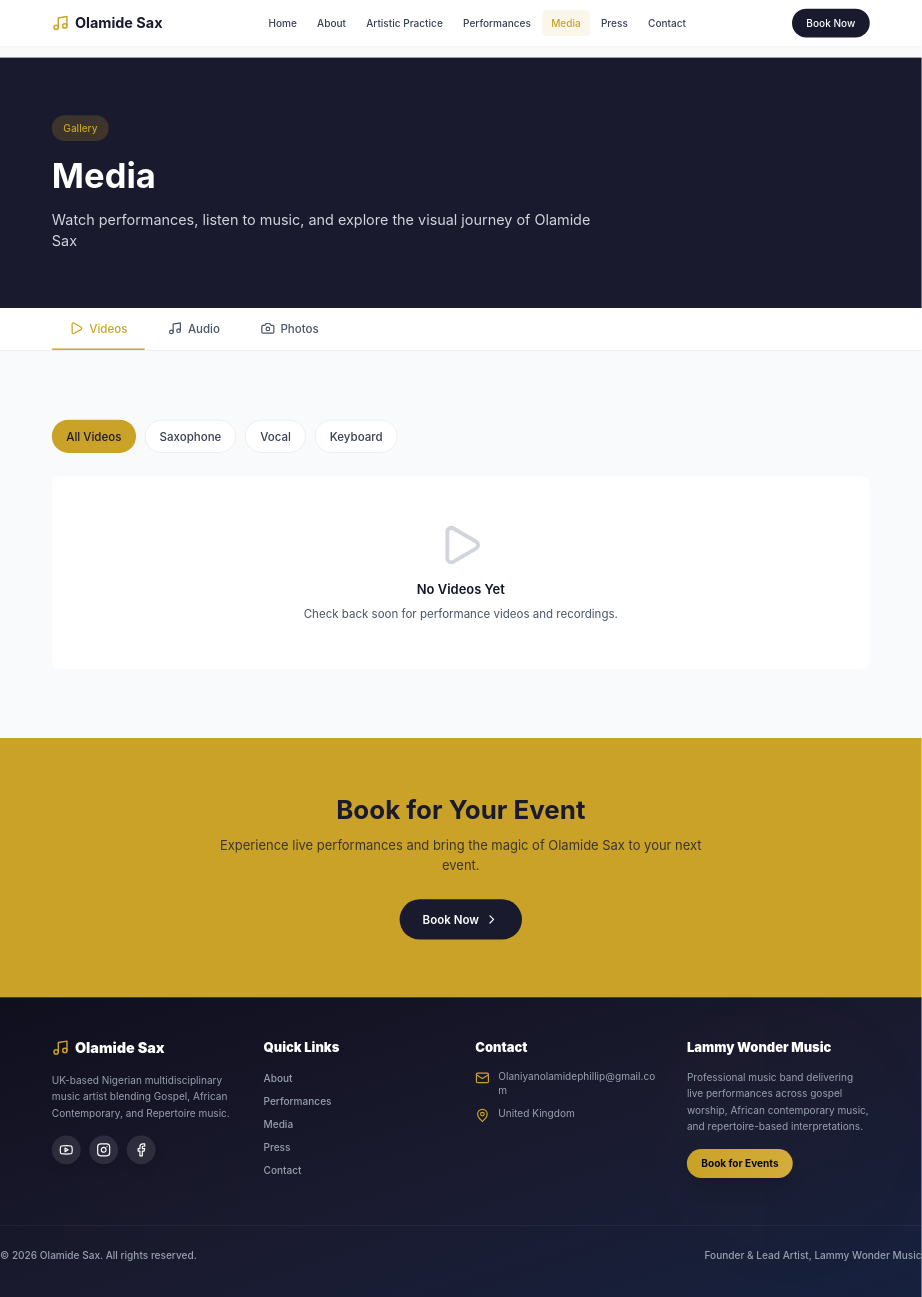
Repository: TheJazzDev/olamide-sax
Page: /media
These files come from the project's save history. The page is drawn as it stood at one moment and after the next save; the edit follows.
The browser window is 1280 px wide. The pictures show the whole page, at 72% of full size.
The page's requests for data from a server got no answer. The project was rebuilt for these pictures with package versions that can differ from the ones it lists, and the page was loaded fresh each time. Some packages were replaced by stand-ins written for this rebuild. The framework's server and built-in components were replaced by stand-ins that run in the browser. No one was signed in, and anything a server would have sent is missing. Also part of the build but not shown: next.config.ts.

Above is the page before, as saved 2026-01-17 17:23:55.

After the next save:
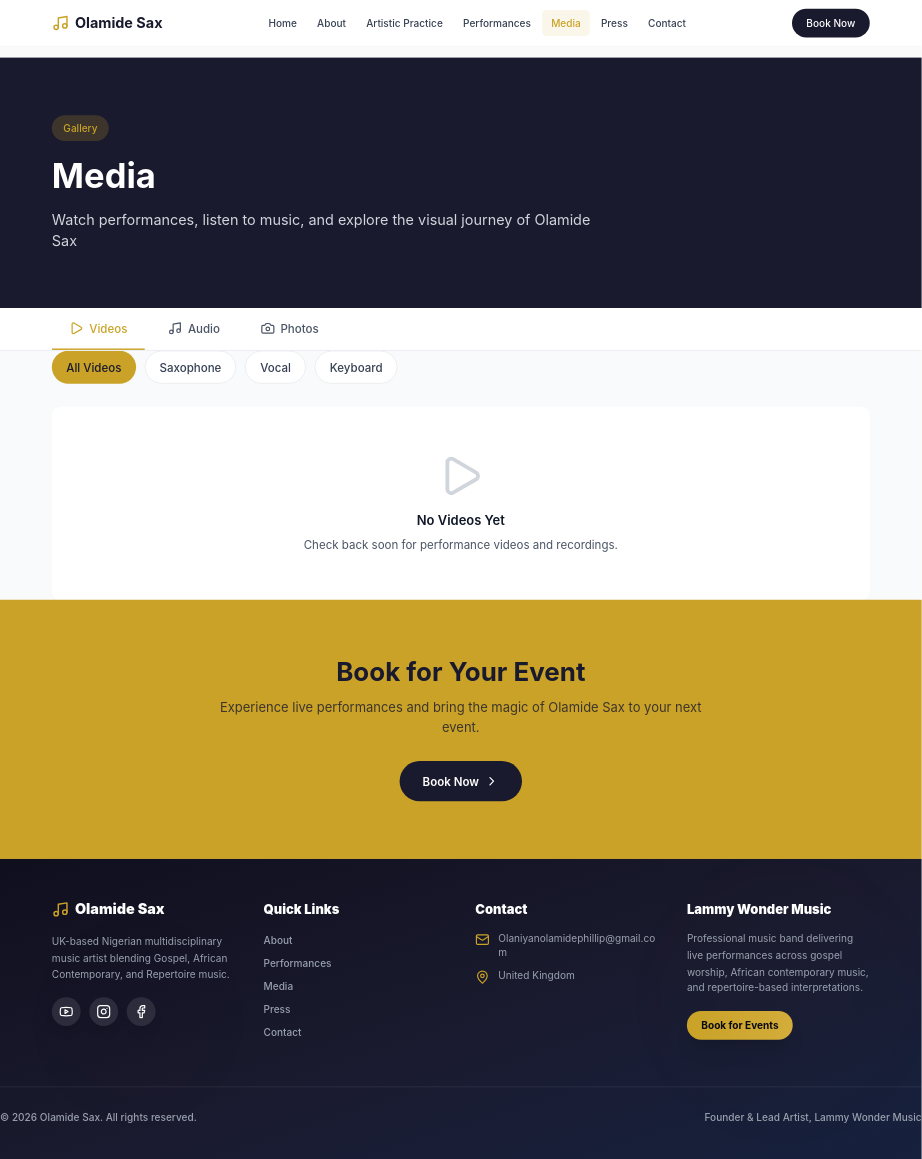
Saved 4 s later.
--- a/app/(site)/media/page.tsx
+++ b/app/(site)/media/page.tsx
@@ -145,7 +145,7 @@ export default function MediaPage() {
       </section>
 
       {/* Content */}
-      <section className="section-padding bg-gray-50">
+      <section className="section-paddin bg-gray-50">
         <div className="container-custom">
           {loading ? (
             <div className="flex items-center justify-center py-20">
